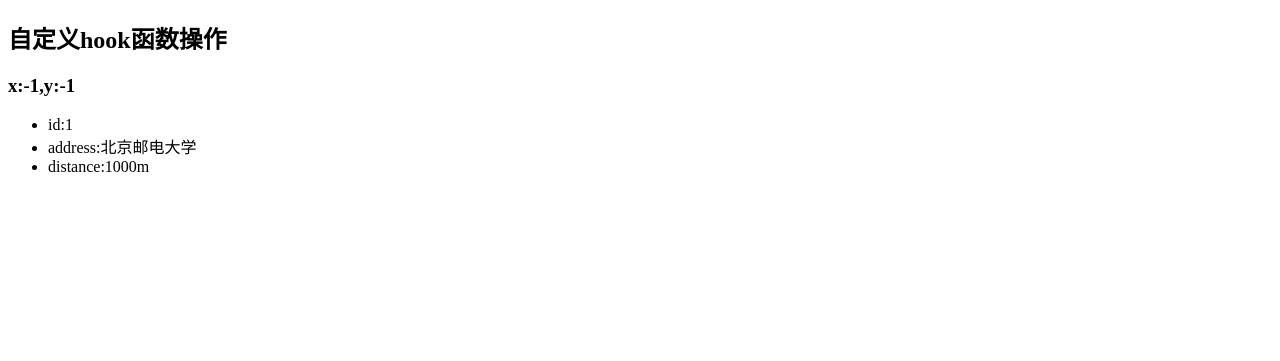
Repository: zhuhongxiang/Vue3.0-TSLeaning
Page: / (app in 04_Vue3/vue3_learning/)
The author's editor kept a copy of each file at every save. The page is drawn from the files as they stood at one save, then again after the next save.
The browser window is 1280 px wide. The pictures show the whole page.
The project was rebuilt for these pictures with package versions that can differ from the ones it lists, and the page was loaded fresh each time.

Above is the page before, as saved 2021-07-26 16:39:48.

### 04_Vue3/vue3_learning/src/main.ts
// 程序的主入口文件，ts文件，是main.ts
// 引入createApp函数，创建对应的应用产生应用的实例对象
import { createApp } from 'vue'
// 引入App组件（所有组件的父级组件）
import App from './App.vue'
// 创建App应用返回对应的实例对象，调用mount方法进行挂载
createApp(App).mount('#app')

### 04_Vue3/vue3_learning/src/App.vue
<template>
  <h2>自定义hook函数操作</h2>
  <h3>x:{{ x }},y:{{ y }}</h3>
  <h3 v-if="loading">正在加载中...</h3>
  <h3 v-else-if="errorMsg">错误信息：{{ errorMsg }}</h3>
  <ul v-else>
    <li>id:{{ data.id }}</li>
    <li>address:{{ data.address }}</li>
    <li>distance:{{ data.distance }}</li>
  </ul>
</template>

<script lang='ts'>
import {
  defineComponent,
  onBeforeUnmount,
  onMounted,
  reactive,
  ref,
} from "vue";
import useMousePosition from "./hooks/useMousePosition";
import useRequest from "./hooks/useRequest";
export default defineComponent({
  name: "App",
  props: {},
  components: {},
  // 需求1：用户在页面中点击页面，把点击的位置的横纵坐标收集并展示出来
  setup() {
    const { x, y } = useMousePosition();
    // 发送请求
    const { loading, data, errorMsg } = useRequest("/data/address.json"); // 获取对象数据
    // const {loading,data,errorMsg} = useRequest('地址2')// 获取数组数据
    return {
      x,
      y,
      loading,
      data,
      errorMsg,
    };
  },
});
</script>

<style scoped>
</style>

### 04_Vue3/vue3_learning/src/hooks/useMousePosition.ts
import { onBeforeUnmount, onMounted, ref } from "vue";

export default function () {
    const x = ref(-1);
    const y = ref(-1);

    // 点击事件的回调函数
    const clickHandler = (event: MouseEvent) => {
        x.value = event.pageX
        y.value = event.pageY
    }

    // 页面已经加载完毕，再进行点击的操作
    // 页面加载完毕的生命周期组合API
    onMounted(() => {
        window.addEventListener('click', clickHandler)
    })
    // 页面卸载前的生命周期组合API
    onBeforeUnmount(() => {
        window.removeEventListener('click', clickHandler)
    })
    return {
        x,
        y
    }
}

### 04_Vue3/vue3_learning/src/hooks/useRequest.ts
// 引入axios
import axios from 'axios'
import { ref } from 'vue'
// 发送ajax的请求
export default function (url: string) {
    // 加载的状态
    const loading = ref(true)
    // 请求成功的数据
    const data = ref(null) // 坑
    // 错误信息
    const errorMsg = ref('')
    // 发送请求
    axios.get(url).then(response => {
        //改变加载状态
        loading.value = false
        data.value = response.data
    }).catch(error => {
        //改变加载状态
        loading.value = false
        errorMsg.value = error.message || '未知错误'

    })

    return {
        loading,
        data,
        errorMsg
    }
}

### 04_Vue3/vue3_learning/public/data/address.json
{
    "id":1,
    "address":"北京邮电大学",
    "distance":"1000m"
}

### 04_Vue3/vue3_learning/public/data/products.json
[
    {
        "id":"001",
        "title":"华为手机P40",
        "price":5999
    },
    {
        "id":"002",
        "title":"小米手机10",
        "price":5199
    }
]

Loaded but not shown: 04_Vue3/vue3_learning/public/index.html (common file)

After the next save:
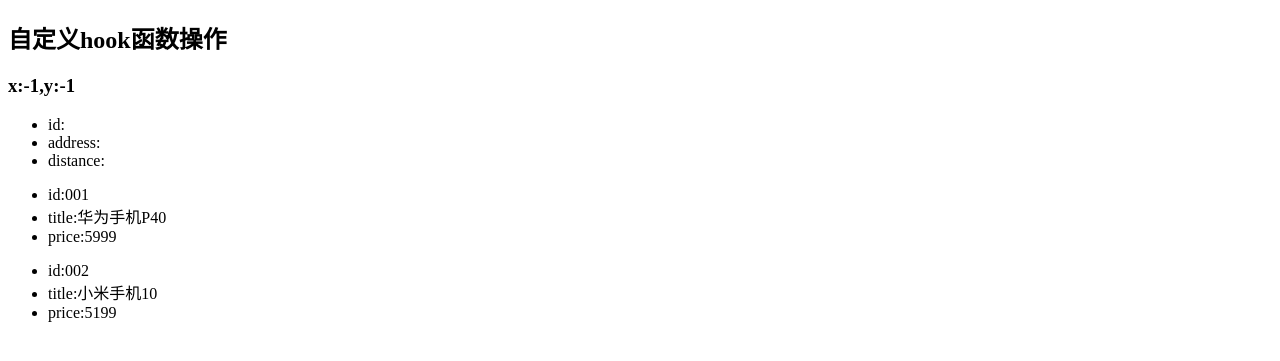
Saved 4 min 47 s later.
--- a/04_Vue3/vue3_learning/src/App.vue
+++ b/04_Vue3/vue3_learning/src/App.vue
@@ -7,6 +7,12 @@
     <li>id:{{ data.id }}</li>
     <li>address:{{ data.address }}</li>
     <li>distance:{{ data.distance }}</li>
+  </ul>
+  <!--数组数据- --->
+  <ul v-for="item in data" :key="item.id">
+    <li>id:{{ item.id }}</li>
+    <li>title:{{ item.title }}</li>
+    <li>price:{{ item.price }}</li>
   </ul>
 </template>
 
@@ -28,8 +34,8 @@ export default defineComponent({
   setup() {
     const { x, y } = useMousePosition();
     // 发送请求
-    const { loading, data, errorMsg } = useRequest("/data/address.json"); // 获取对象数据
-    // const {loading,data,errorMsg} = useRequest('地址2')// 获取数组数据
+    // const { loading, data, errorMsg } = useRequest("/data/address.json"); // 获取对象数据
+    const { loading, data, errorMsg } = useRequest("/data/products.json"); // 获取数组数据
     return {
       x,
       y,
